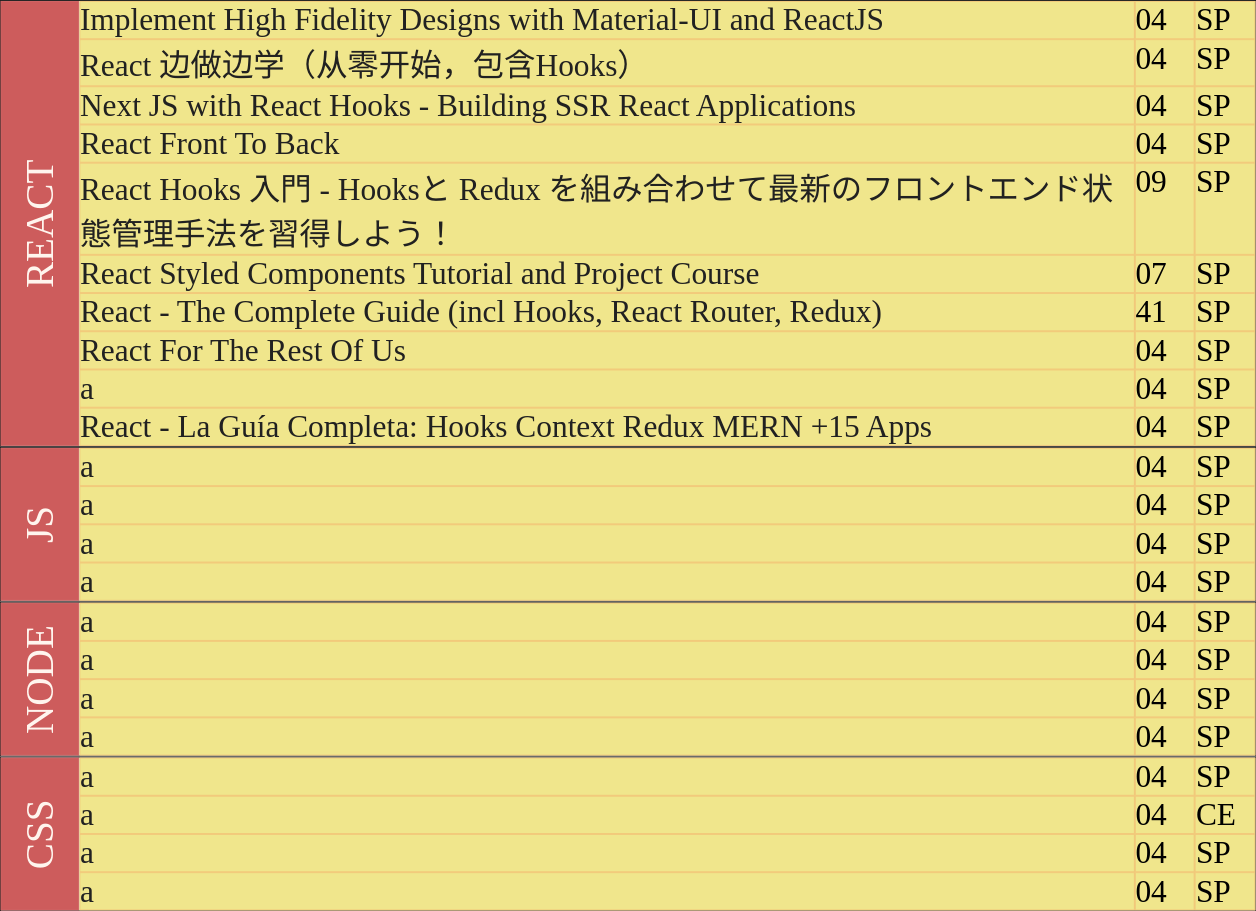
Repository: ClementLight/plan
Page: codicrs.html
An editor plug-in stored every save of this project. The page is shown before and after the next save, followed by the edit.
The browser window is 1280 px wide. The page is 1282 px wide, so the pictures cover 1282 px, including what lies to the right of the window. The pictures show the whole page, at 98% of full size.

Above is the page before, as saved 2020-08-21 14:53:12.

### codicrs.html
<!DOCTYPE html>
<html lang="en">
  <head>
    <meta charset="UTF-8" />
    <meta name="viewport" content="width=device-width, initial-scale=1.0" />
    <title>Document</title>
    <style>
      body {
        padding: 0;
        margin: 0;
        box-sizing: border-box;
      }
      .maincontainers {
        display: flex;
        width: 100%;
        background: gainsboro;
        border: 1px solid #212121;
      }

      .lessontype {
        flex-basis: 5%;
        font-size: 2.5rem;
        border: rgba(255, 255, 255, 0.05) 1px solid;
        background-color: indianred;
        /* background: none; */
        color: seashell;
        transform: rotate(-180deg);
        /* transform-origin: 0 0; */
        display: flex;
        /* position: relative; */
        /* height: 100%; */
        writing-mode: vertical-rl;
        padding: 1vh;
        align-items: center;
        justify-content: center;
      }

      .lessons {
        flex-basis: 95%;
        display: flex;
        flex-direction: column;
        font-size: 2rem;
        background-color: khaki;
        position: relative;
      }
      .lesson {
        display: flex;
      }
      .lessonname {
        flex-basis: 90%;
        border: #ff000020 0.5px solid;
      }
      .lesson:hover {
        background-color: lightcoral;
        /* transition: 0.02s; */
      }
      .lesson:active {
        background-color: lightskyblue;
        transition: 0.1s;
      }
      .account {
        flex-basis: 5%;
        border: #ff000020 0.5px solid;
      }
      .hours {
        flex-basis: 5%;
        border: #ff000020 0.5px solid;
      }
      a:link {
        color: #212121;
        text-decoration: none;
      }

      a:visited {
        color: #212121;
        text-decoration: none;
      }

      a:hover {
        text-decoration: none;
      }

      a:active {
        text-decoration: none;
      }
    </style>
  </head>
  <body>
    <section class="maincontainers">
      <div class="lessontype">REACT</div>
      <div class="lessons">
        <div class="lesson">
          <a class="lessonname" href="https://www.udemy.com/course/implement-high-fidelity-designs-with-material-ui-and-reactjs/learn/lecture/16234402?start=165#overview">Implement High Fidelity Designs with Material-UI and ReactJS</a>
          <span class="hours">04</span>
          <span class="account">SP</span>
        </div>
        <div class="lesson">
          <a class="lessonname" href="https://www.udemy.com/course/react-lean-by-doing/learn/lecture/16800324?start=512#overview">React 边做边学（从零开始，包含Hooks）</a>
          <span class="hours">04</span>
          <span class="account">SP</span>
        </div>
        <div class="lesson">
          <a class="lessonname" href="https://www.udemy.com/course/next-js-react-hooks/learn/lecture/14095110?start=0#overview">Next JS with React Hooks - Building SSR React Applications</a>
          <span class="hours">04</span>
          <span class="account">SP</span>
        </div>
        <div class="lesson">
          <a class="lessonname" href="https://www.udemy.com/course/modern-react-front-to-back/learn/lecture/14969812?start=174#overview">React Front To Back</a>
          <span class="hours">04</span>
          <span class="account">SP</span>
        </div>
        <div class="lesson">
          <a class="lessonname" href="https://www.udemy.com/course/react-hooks-101/learn/lecture/15049578?start=0#overview">React Hooks 入門 - Hooksと Redux を組み合わせて最新のフロントエンド状態管理手法を習得しよう！</a>
          <span class="hours">09</span>
          <span class="account">SP</span>
        </div>
        <div class="lesson">
          <a class="lessonname" href="https://www.udemy.com/course/styled-components-tutorial-and-project-course/learn/lecture/15328098?start=15#overview">React Styled Components Tutorial and Project Course</a>
          <span class="hours">07</span>
          <span class="account">SP</span>
        </div>
        <div class="lesson">
          <a class="lessonname" href="https://www.udemy.com/course/react-the-complete-guide-incl-redux/learn/lecture/13556330#overview">React - The Complete Guide (incl Hooks, React Router, Redux)</a>
          <span class="hours">41</span>
          <span class="account">SP</span>
        </div>
        <div class="lesson">
          <a class="lessonname" href="https://www.udemy.com/course/react-for-the-rest-of-us/learn/lecture/18081709#overview">React For The Rest Of Us</a>
          <span class="hours">04</span>
          <span class="account">SP</span>
        </div>
        <div class="lesson">
          <a class="lessonname" href="https://www.udemy.com/course/react-cero-experto/learn/lecture/19751074?start=0#announcements">a</a>
          <span class="hours">04</span>
          <span class="account">SP</span>
        </div>
        <div class="lesson">
          <a class="lessonname" href="https://www.udemy.com/course/react-de-principiante-a-experto-creando-mas-de-10-aplicaciones/learn/lecture/17666784?start=0#announcements">React - La Guía Completa: Hooks Context Redux MERN +15 Apps</a>
          <span class="hours">04</span>
          <span class="account">SP</span>
        </div>
      </div>
    </section>
    <section class="maincontainers">
      <div class="lessontype">JS</div>
      <div class="lessons">
        <div class="lesson">
          <a class="lessonname" href="https://www.udemy.com/course/css-animations-the-complete-guide/learn/lecture/21443216#overview">a</a>
          <span class="hours">04</span>
          <span class="account">SP</span>
        </div>
        <div class="lesson">
          <a class="lessonname" href="https://www.udemy.com/course/css-animations-the-complete-guide/learn/lecture/21443216#overview">a</a>
          <span class="hours">04</span>
          <span class="account">SP</span>
        </div>
        <div class="lesson">
          <a class="lessonname" href="https://www.udemy.com/course/css-animations-the-complete-guide/learn/lecture/21443216#overview">a</a>
          <span class="hours">04</span>
          <span class="account">SP</span>
        </div>
        <div class="lesson">
          <a class="lessonname" href="https://www.udemy.com/course/css-animations-the-complete-guide/learn/lecture/21443216#overview">a</a>
          <span class="hours">04</span>
          <span class="account">SP</span>
        </div>
      </div>
    </section>
    <section class="maincontainers">
      <div class="lessontype">NODE</div>
      <div class="lessons">
        <div class="lesson">
          <a class="lessonname" href="https://www.udemy.com/course/css-animations-the-complete-guide/learn/lecture/21443216#overview">a</a>
          <span class="hours">04</span>
          <span class="account">SP</span>
        </div>
        <div class="lesson">
          <a class="lessonname" href="https://www.udemy.com/course/css-animations-the-complete-guide/learn/lecture/21443216#overview">a</a>
          <span class="hours">04</span>
          <span class="account">SP</span>
        </div>
        <div class="lesson">
          <a class="lessonname" href="https://www.udemy.com/course/css-animations-the-complete-guide/learn/lecture/21443216#overview">a</a>
          <span class="hours">04</span>
          <span class="account">SP</span>
        </div>
        <div class="lesson">
          <a class="lessonname" href="https://www.udemy.com/course/css-animations-the-complete-guide/learn/lecture/21443216#overview">a</a>
          <span class="hours">04</span>
          <span class="account">SP</span>
        </div>
      </div>
    </section>
    <section class="maincontainers">
      <div class="lessontype">CSS</div>
      <div class="lessons">
        <div class="lesson">
          <a class="lessonname" href="https://www.udemy.com/course/css-animations-the-complete-guide/learn/lecture/21443216#overview">a</a>
          <span class="hours">04</span>
          <span class="account">SP</span>
        </div>
        <div class="lesson">
          <a class="lessonname" href="https://www.udemy.com/course/css-animations-the-complete-guide/learn/lecture/21443216#overview">a</a>
          <span class="hours">04</span>
          <span class="account">CE</span>
        </div>
        <div class="lesson">
          <a class="lessonname" href="https://www.udemy.com/course/css-animations-the-complete-guide/learn/lecture/21443216#overview">a</a>
          <span class="hours">04</span>
          <span class="account">SP</span>
        </div>
        <div class="lesson">
          <a class="lessonname" href="https://www.udemy.com/course/css-animations-the-complete-guide/learn/lecture/21443216#overview">a</a>
          <span class="hours">04</span>
          <span class="account">SP</span>
        </div>
      </div>
    </section>
  </body>
</html>

After the next save:
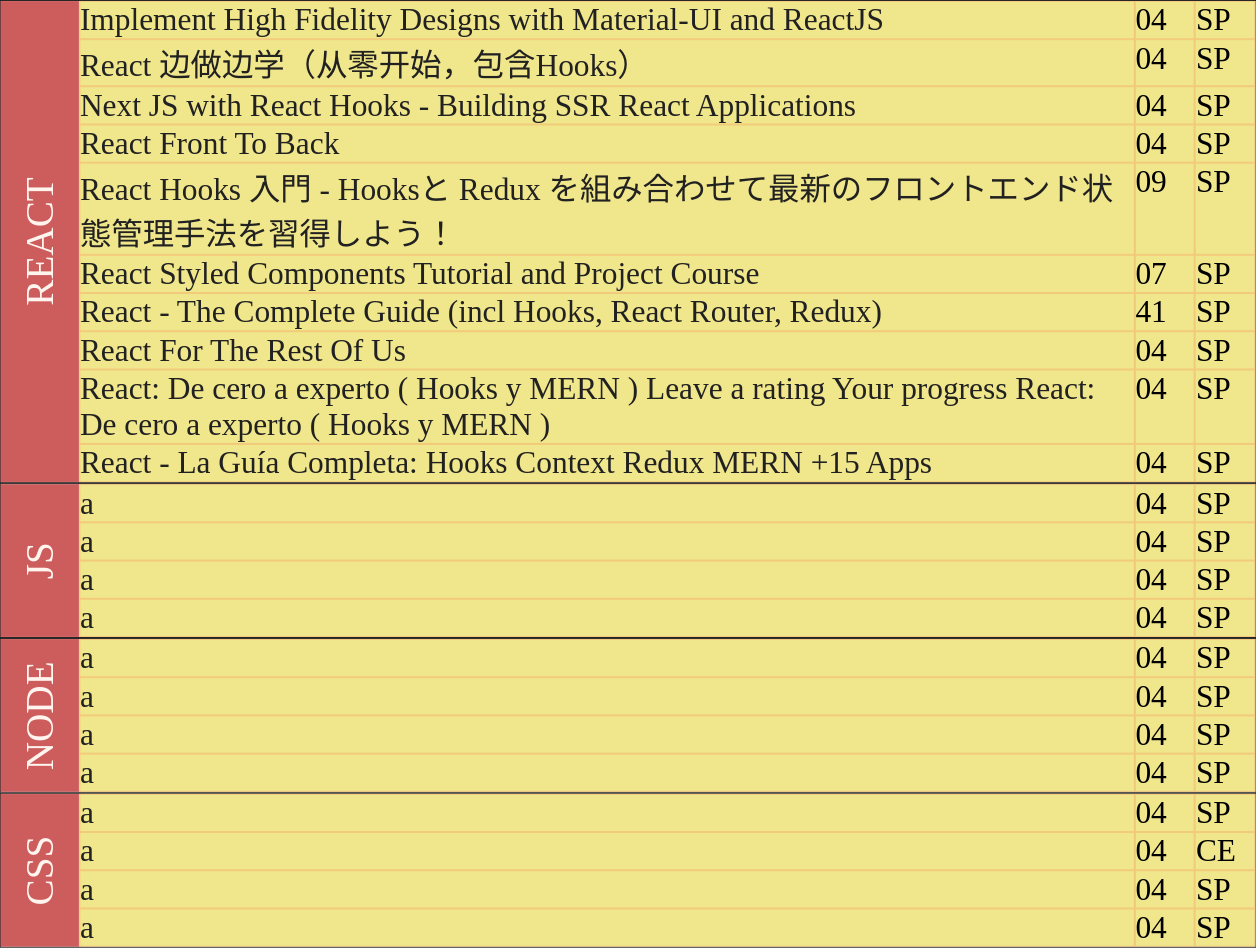
Saved 29 s later.
--- a/codicrs.html
+++ b/codicrs.html
@@ -130,7 +130,7 @@
           <span class="account">SP</span>
         </div>
         <div class="lesson">
-          <a class="lessonname" href="https://www.udemy.com/course/react-cero-experto/learn/lecture/19751074?start=0#announcements">a</a>
+          <a class="lessonname" href="https://www.udemy.com/course/react-cero-experto/learn/lecture/19751074?start=0#announcements">React: De cero a experto ( Hooks y MERN ) Leave a rating Your progress React: De cero a experto ( Hooks y MERN )</a>
           <span class="hours">04</span>
           <span class="account">SP</span>
         </div>

After the save that followed:
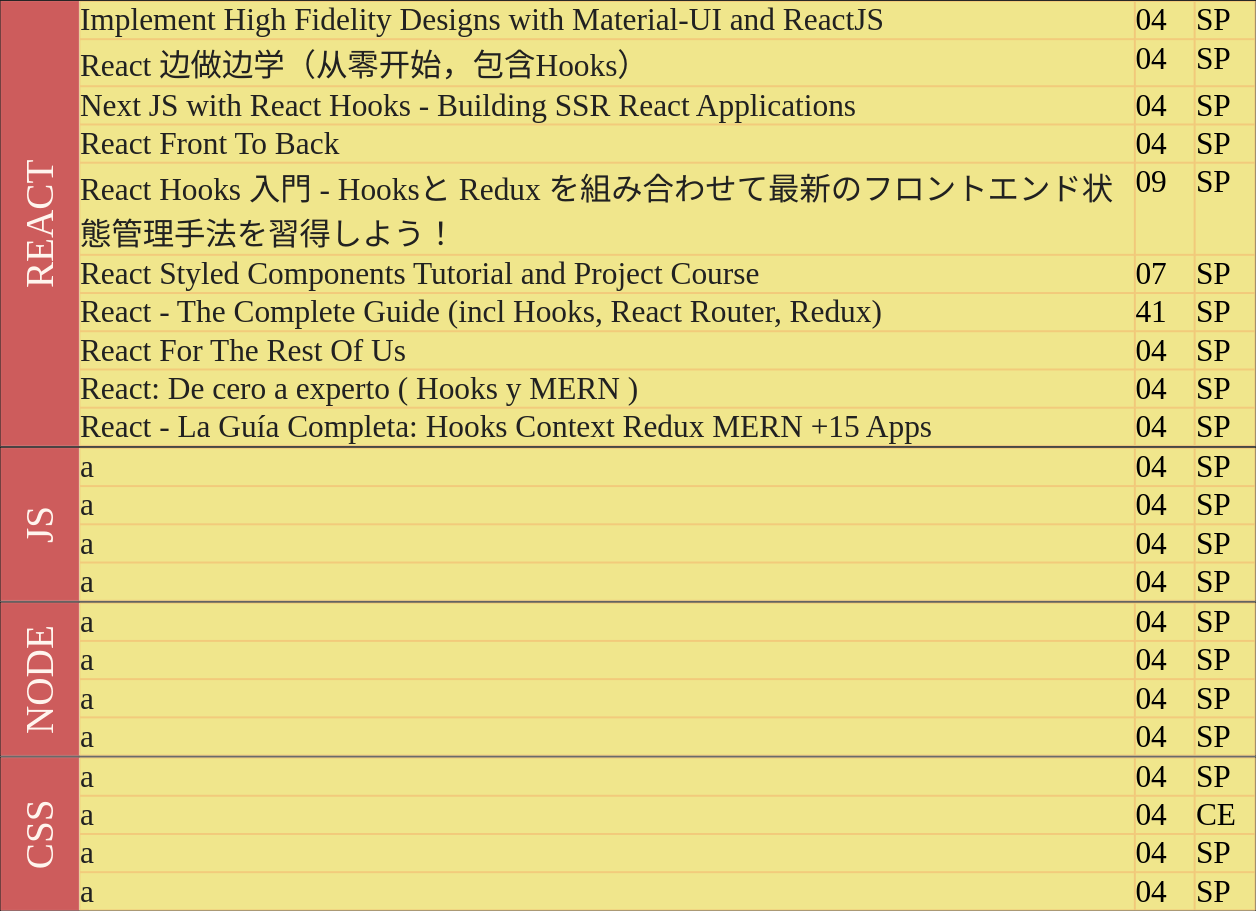
Saved 25 s later.
--- a/codicrs.html
+++ b/codicrs.html
@@ -130,7 +130,7 @@
           <span class="account">SP</span>
         </div>
         <div class="lesson">
-          <a class="lessonname" href="https://www.udemy.com/course/react-cero-experto/learn/lecture/19751074?start=0#announcements">React: De cero a experto ( Hooks y MERN ) Leave a rating Your progress React: De cero a experto ( Hooks y MERN )</a>
+          <a class="lessonname" href="https://www.udemy.com/course/react-cero-experto/learn/lecture/19751074?start=0#announcements">React: De cero a experto ( Hooks y MERN )</a>
           <span class="hours">04</span>
           <span class="account">SP</span>
         </div>
